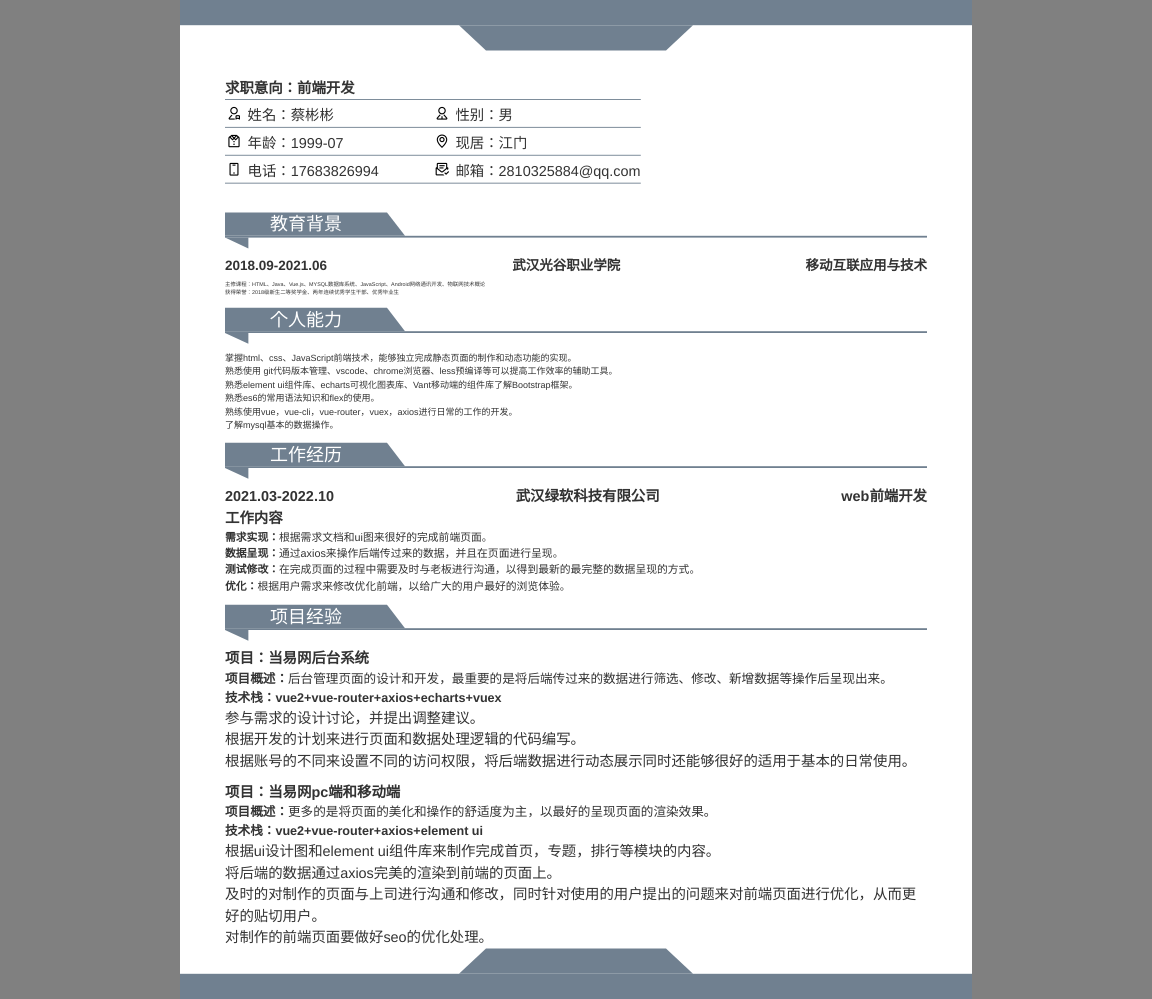
Repository: xiaobingezai/resume
Page: index.html
These files come from the project's save history. The page is drawn as it stood at one moment and after the next save; the edit follows.
The browser window is 1280 px wide. The pictures show the whole page, at 90% of full size.

Above is the page before, as saved 2022-11-03 01:18:46.
Console error: TypeError: Cannot set properties of null (setting 'innerHTML')

### index.html
<!DOCTYPE html>
<html lang="en">

<head>
    <meta charset="UTF-8">
    <meta http-equiv="X-UA-Compatible" content="IE=edge">
    <meta name="viewport" content="width=device-width, initial-scale=1.0">
    <title>Document</title>
    <link rel="stylesheet" href="css/index.css">
    <link rel="stylesheet" href="./iconfont/iconfont.css">
</head>

<body>
    <div class="wrapper" id="zhengTi">
        <div class="tiXing1"></div>
        <div id="head">
            <!-- 个人信息 -->
            <div class="geRenXinXi">
                <ul>
                    <li><h4>求职意向：前端开发</h4></li>
                    <li><div></span><span class="iconfont icon-office-supplies"></span><span>姓名：蔡彬彬</span></div><div></span><span class="iconfont icon-bussiness-man"></span>性别：男<span></span></div></li>
                    <li><div></span><span class="iconfont icon-apparel"></span><span>年龄：1999-07</span></div><div></span><span class="iconfont icon-map"></span><span>现居：江门</span></div></li>
                    <li><div></span><span class="iconfont icon-mobile-phone"></span><span>电话：17683826994</span></div><div></span><span class="iconfont icon-tradealert"></span><span>邮箱：2810325884@qq.com</span></div></li>
                </ul>
            </div>
            <!-- 教育背景 -->
            <div id="content">
                    <div class="zhuangShiTuPian"><samp>教育背景</samp></div>
                    <p class="jiShu1"><span>2018.09-2021.06</span><span>武汉光谷职业学院</span><span>移动互联应用与技术</span></p>
                    <p>主修课程：HTML、Java、Vue.js、MYSQL数据库系统、JavaScript、Android网络通讯开发、物联网技术概论</p>
                    <p>获得荣誉：2018级新生二等奖学金、两年连续优秀学生干部、优秀毕业生</p>
            </div>
            <!-- 个人能力 -->
            <div id="tail">
                <div class="zhuangShiTuPian"><samp>个人能力</samp></div>
                <ul>
                    <li>掌握html、css、JavaScript前端技术，能够独立完成静态页面的制作和动态功能的实现。</li>
                    <li>熟悉使用 git代码版本管理、vscode、chrome浏览器、less预编译等可以提高工作效率的辅助工具。 </li>
                    <li>熟悉element ui组件库、echarts可视化图表库、Vant移动端的组件库了解Bootstrap框架。 </li>
                    <li>熟悉es6的常用语法知识和flex的使用。</li>
                    <li>熟练使用vue，vue-cli，vue-router，vuex，axios进行日常的工作的开发。</li>
                    <li>了解mysql基本的数据操作。</li>
                </ul>
            </div>
            <!-- 工作经历 -->
            <div class="gongZuoJingLi">
                <div class="zhuangShiTuPian"><samp>工作经历</samp></div>
                <div><span>2021.03-2022.10</span><span>武汉绿软科技有限公司 </span><span>web前端开发</span></div>
                <ul>
                    <h4>工作内容</h4>
                    <li><b>需求实现：</b>根据需求文档和ui图来很好的完成前端页面。</li>
                    <li><b>数据呈现：</b>通过axios来操作后端传过来的数据，并且在页面进行呈现。</li>
                    <li><b>测试修改：</b>在完成页面的过程中需要及时与老板进行沟通，以得到最新的最完整的数据呈现的方式。</li>
                    <li><b>优化：</b>根据用户需求来修改优化前端，以给广大的用户最好的浏览体验。</li>
                </ul>
            </div>
            <!-- 项目经验 -->
            <div class="xiangMuJingYan">
                <div class="zhuangShiTuPian"><samp>项目经验</samp></div>
                <div class="bianJu3">
                    <div>
                        <h4>项目：当易网后台系统</h4>
                        <p><b>项目概述：</b>后台管理页面的设计和开发，最重要的是将后端传过来的数据进行筛选、修改、新增数据等操作后呈现出来。</p>
                        <p><b>技术栈：vue2+vue-router+axios+echarts+vuex</b></p>
                        <ul>
                            <li>参与需求的设计讨论，并提出调整建议。</li>
                            <li>根据开发的计划来进行页面和数据处理逻辑的代码编写。 </li>
                            <li>根据账号的不同来设置不同的访问权限，将后端数据进行动态展示同时还能够很好的适用于基本的日常使用。</li>
                        </ul>
                    </div>
                    <div>
                        <h4>项目：当易网pc端和移动端</h4>
                        <p><b>项目概述：</b>更多的是将页面的美化和操作的舒适度为主，以最好的呈现页面的渲染效果。</p>
                        <p><b>技术栈：vue2+vue-router+axios+element ui</b></p>
                        <ul>
                            <li>根据ui设计图和element ui组件库来制作完成首页，专题，排行等模块的内容。</li>
                            <li>将后端的数据通过axios完美的渲染到前端的页面上。</li>
                            <li>及时的对制作的页面与上司进行沟通和修改，同时针对使用的用户提出的问题来对前端页面进行优化，从而更好的贴切用户。</li>
                            <li>对制作的前端页面要做好seo的优化处理。</li>
                        </ul>
                    </div>
                </div>
            </div>
        </div>

        <!-- 底部 -->
        <div class="tiXing2"></div>
    </div>
    <script src="./js/index.js"></script>
</body>

</html>

### css/index.css
/* 清除默认样式的代码 */
/* 去除常见标签默认的 margin 和 padding */
body,
h1,
h2,
h3,
h4,
h5,
h6,
p,
ul,
ol,
li,
dl,
dt,
dd,
input {
    margin: 0;
    padding: 0;
}

/* 內减模式 */
* {
    box-sizing: border-box;
}

/* 设置网页统一的字体大小、行高、字体系列相关属性 */
body {
    font: 16px/1.5 "Helvetica Neue", Helvetica, Arial, "Microsoft Yahei",
        "Hiragino Sans GB", "Heiti SC", "WenQuanYi Micro Hei", sans-serif;
    color: #333;
}

/* 去除列表默认样式 */
ul,
ol {
    list-style: none;
}

/* 去除默认的倾斜效果 */
em,
i {
    font-style: normal;
}

/* 去除a标签默认下划线，并设置默认文字颜色 */
a {
    text-decoration: none;
    color: #333;
}

/* 设置img的垂直对齐方式为居中对齐，去除img默认下间隙 */
img {
    vertical-align: middle;
}

/* 去除input默认样式 */
input {
    border: none;
    outline: none;
    color: #333;
}

/* 左浮动 */
.fl {
    float: left;
}

/* 右浮动 */
.fr {
    float: right;
}

/* 双伪元素清除法 */
.clearfix::before,
.clearfix::after {
    content: "";
    display: table;
}

.clearfix::after {
    clear: both;
}

/* 版心居中 */
.wrapper {
    width: 880px;
    margin: 0 auto;
}

body{
    background-color: rgba(128, 128,128);
}
/* 装饰横条背景 */
.zhuangShiTuPian {
    position: relative;
    text-align: center;
    line-height: 30px;
    font-size: 20px;
    color: #fff;
    width: 780px;
    height: 40px;
    border-bottom: 2px solid #708090;
}
.zhuangShiTuPian::after {
    content: '';
    position: absolute;
    left: 0px;
    top: 40px;
    width: 0;
    height: 0;
    border-width: 0 26px 12px 0;
    border-style: solid;
    border-color: transparent #708090;
}
.zhuangShiTuPian samp {
    display: block;
    width: 200px;
    height: 0;
    padding-top: 12px;
    border-bottom: 26px solid #708090;
    border-right: 20px solid transparent;
}

/* 最外层的盒子的样式设置 */
#zhengTi {
    background-color: #fff;
    border-top: 28px solid #708090 ;
    border-bottom: 28px solid #708090 ;
}
#zhengTi .tiXing1 {
    width: 260px;
    height: 0;
    margin: 0 auto;
    border-top: 28px solid #708090;
    border-left: 30px solid transparent;
    border-right: 30px solid transparent;
}
#zhengTi .tiXing2 {
    width: 260px;
    height: 0;
    margin: 0 auto;
    border-bottom: 28px solid #708090;
    border-left: 30px solid transparent;
    border-right: 30px solid transparent;
}

/* head的区域 */
#zhengTi #head {
    margin-left: 50px;
    margin-right: 50px;
}
/* 个人信息 */
#zhengTi #head .geRenXinXi {
    margin-top: 30px;
}
#zhengTi #head .geRenXinXi li{
    width: 462px;
    border-bottom: 1px solid #708090;
}
#zhengTi #head .geRenXinXi li .iconfont {
    font-size: 20px;
    color: #000;
    margin-right: 5px;
}
#zhengTi #head .geRenXinXi li {
    display: flex;
}
#zhengTi #head .geRenXinXi li div {
    flex: 1;
}

/* 教育背景 */
#zhengTi #head #content {
    margin-top: 20px;
}
#zhengTi #head #content .jiShu1 {
    margin-top: 20px;
    margin-bottom: 5px;
    display: flex;
    justify-content: space-between;
    font-weight: 800;
    font-size: 15px;
}
#zhengTi #head #content p {
    font-size: 6px;
}

/* 个人能力 */
#zhengTi #head #tail ul {
    margin-top: 20px;
}
#zhengTi #head #tail ul li {
    font-size: 10px;
}

/* 工作经历 */
#zhengTi #head .gongZuoJingLi div:nth-child(2){
    margin-top: 20px;
    font-weight: 800;
    display: flex;
    justify-content: space-between;
}
#zhengTi #head .gongZuoJingLi li {
    font-size: 12px;
}

/* 项目经验 */
#zhengTi #head .xiangMuJingYan .bianJu3 {
    margin-top: 20px;
}
#zhengTi #head .xiangMuJingYan .bianJu3 div {
    margin-top: 10px;
}
#zhengTi #head .xiangMuJingYan .bianJu3 div p {
    font-size: 14px;
}

### iconfont/iconfont.css
@font-face {
  font-family: "iconfont"; /* Project id 3746240 */
  src: url('iconfont.woff2?t=1667411973755') format('woff2'),
       url('iconfont.woff?t=1667411973755') format('woff'),
       url('iconfont.ttf?t=1667411973755') format('truetype');
}

.iconfont {
  font-family: "iconfont" !important;
  font-size: 16px;
  font-style: normal;
  -webkit-font-smoothing: antialiased;
  -moz-osx-font-smoothing: grayscale;
}

.icon-Similarproducts:before {
  content: "\e766";
}

.icon-trust:before {
  content: "\e76b";
}

.icon-viewlist:before {
  content: "\e76d";
}

.icon-usercenter:before {
  content: "\e773";
}

.icon-bussiness-man:before {
  content: "\e6ef";
}

.icon-apparel:before {
  content: "\e743";
}

.icon-mobile-phone:before {
  content: "\e759";
}

.icon-map:before {
  content: "\e758";
}

.icon-office-supplies:before {
  content: "\e75a";
}

.icon-tradealert:before {
  content: "\e76a";
}

### js/index.js
let daoJiShi = document.querySelector('.daoJiShi');
            shiJian();
            function shiJian() {
                let time = new Date();
                let nian = time.getFullYear();
                let yue = time.getMonth();
                let ri = time.getDate();
                let h = time.getHours();
                let m = time.getMinutes();
                let s = time.getSeconds();
                let dangQianShiJian = '现在时间是：' + +nian + '年' + (yue + 1) + '月' + ri + '日' + h + '小时' + m + '分钟' + s + '秒' +
                    '。';
                daoJiShi.innerHTML = dangQianShiJian;
            }
            setInterval('shiJian()', 1000);

After the next save:
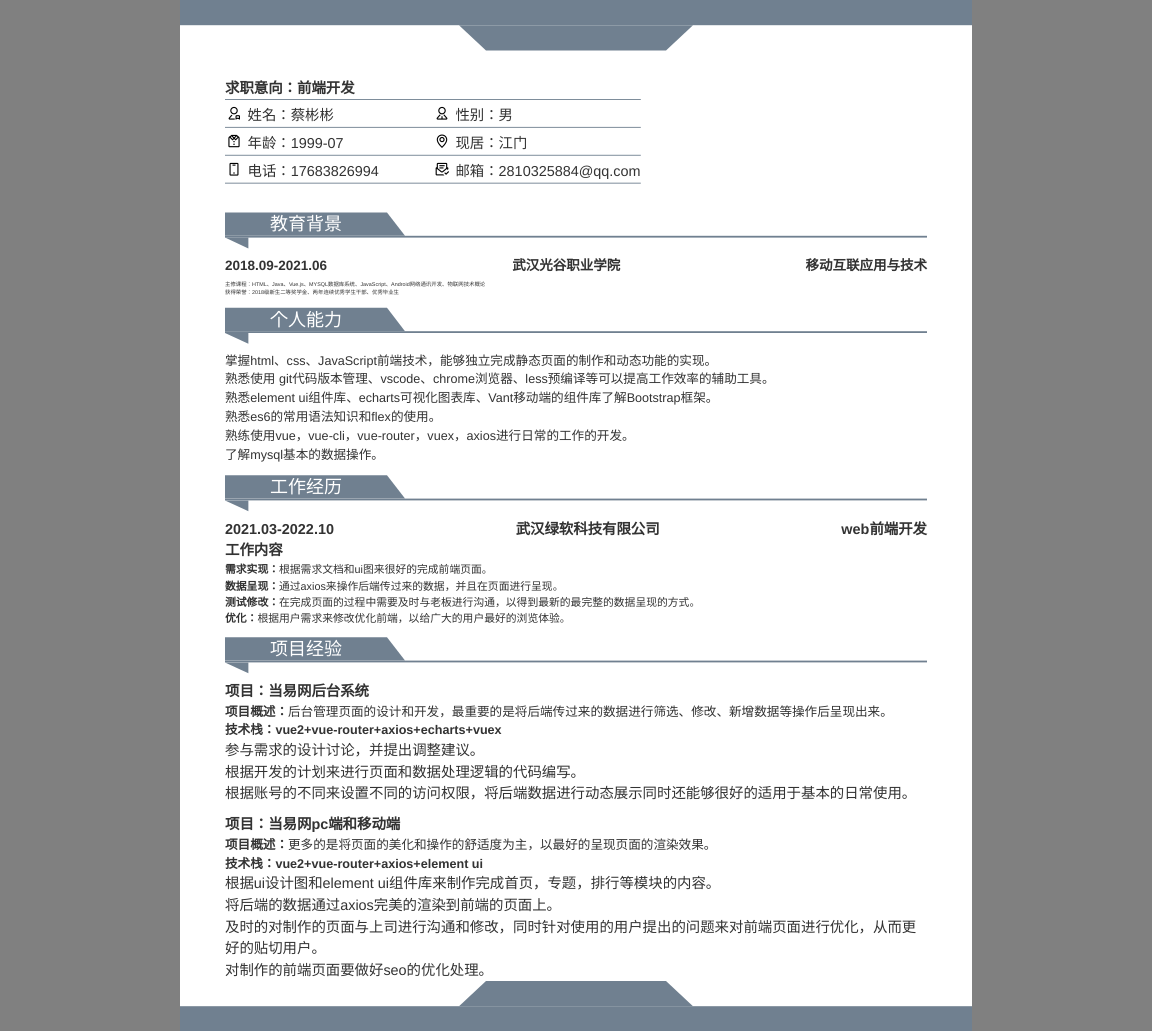
Saved 43 s later.
--- a/css/index.css
+++ b/css/index.css
@@ -191,7 +191,7 @@
     margin-top: 20px;
 }
 #zhengTi #head #tail ul li {
-    font-size: 10px;
+    font-size: 14px;
 }
 
 /* 工作经历 */

After the save that followed:
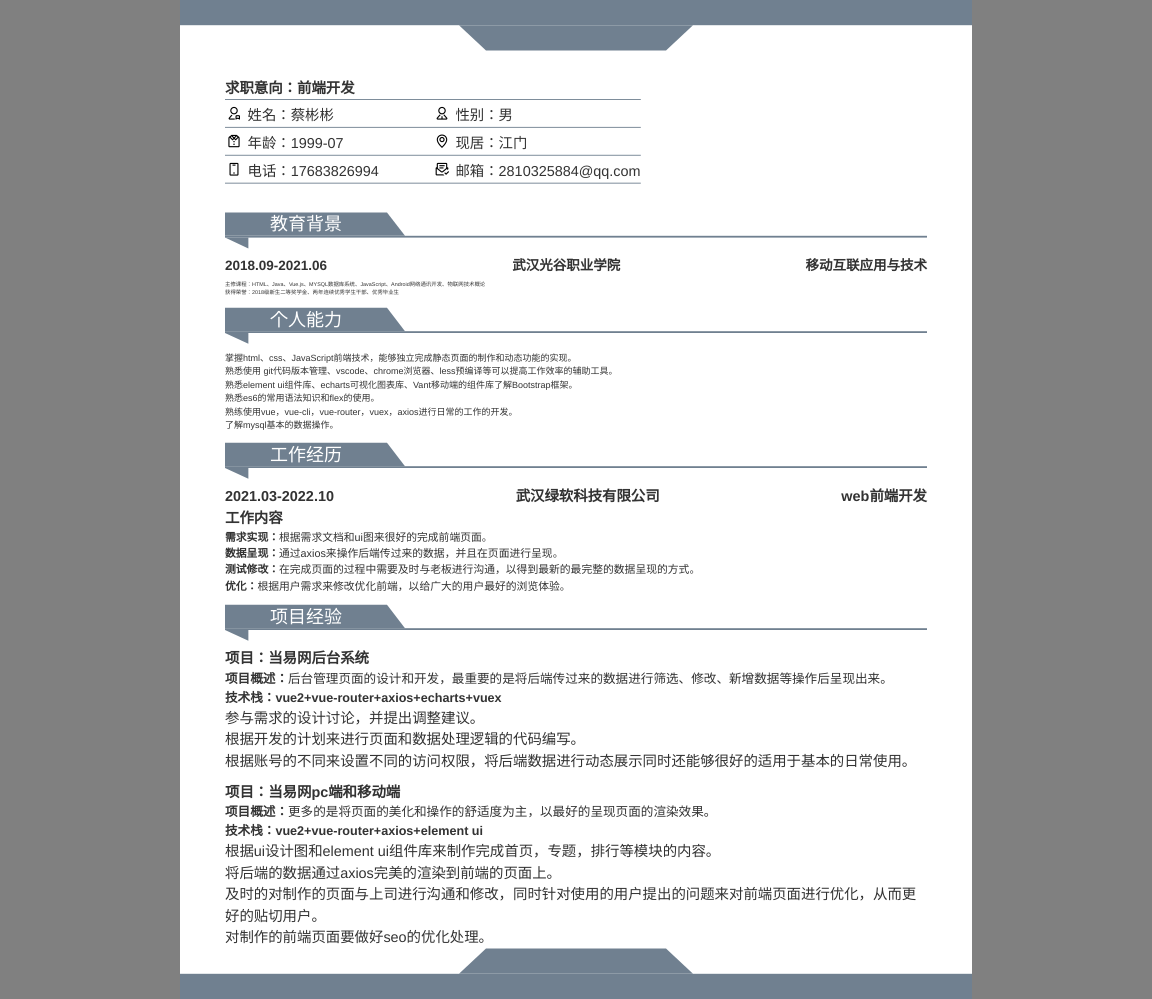
Saved 10 s later.
--- a/css/index.css
+++ b/css/index.css
@@ -191,7 +191,7 @@
     margin-top: 20px;
 }
 #zhengTi #head #tail ul li {
-    font-size: 14px;
+    font-size: 10px;
 }
 
 /* 工作经历 */
